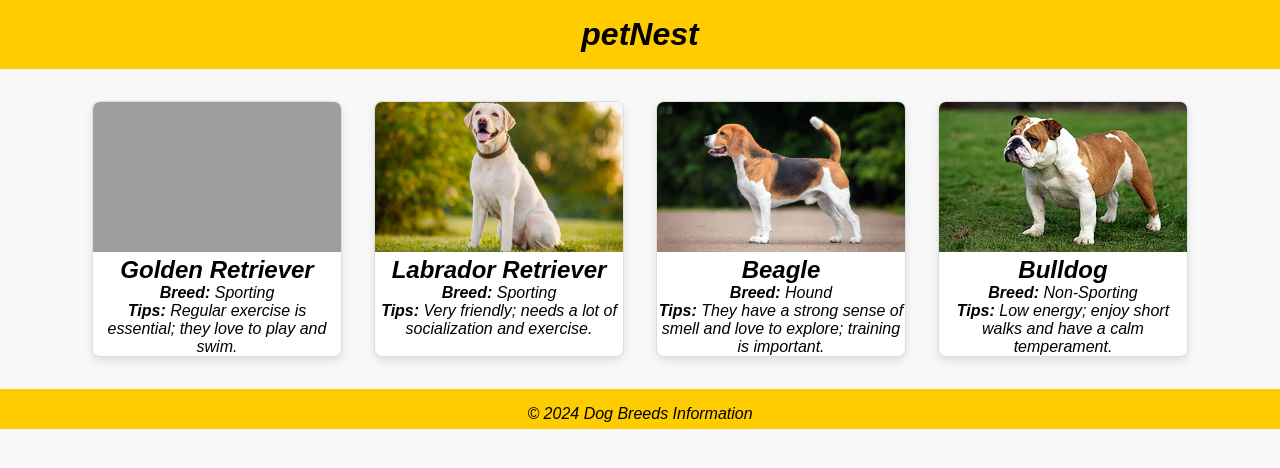
Repository: SHAHZADcodr/pet_care
Page: pages/dog.html
These files come from the project's save history. The page is drawn as it stood at one moment and after the next save; the edit follows.
The browser window is 1280 px wide. The pictures show the whole page.
Pictures or frames that could not be fetched are drawn as grey boxes.

Above is the page before, as saved 2024-11-04 22:20:22.

After the next save:
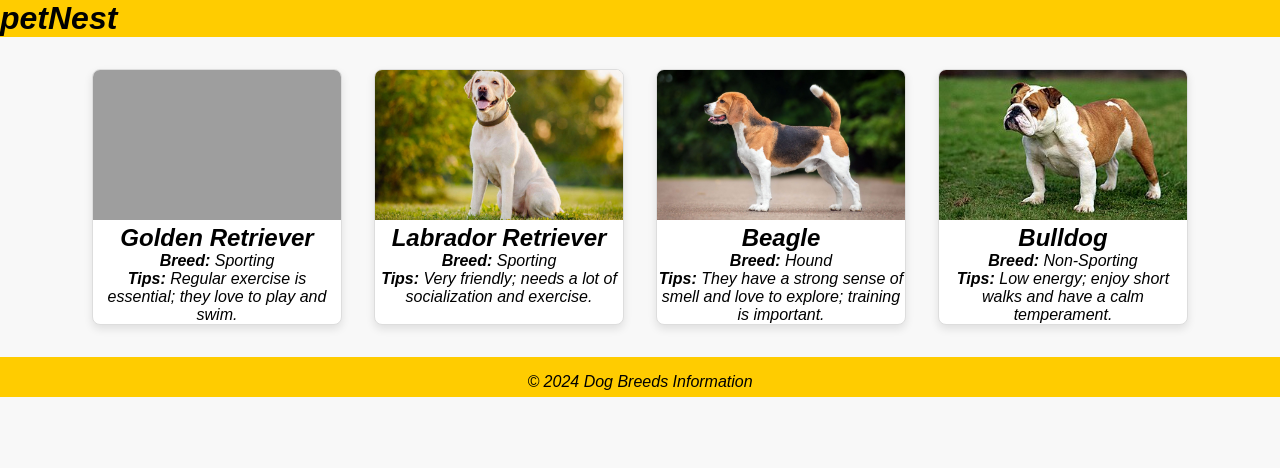
Saved 24 s later.
--- a/pages/dog.css
+++ b/pages/dog.css
@@ -16,8 +16,8 @@
 
 header {
     background-color: #ffcc00;
-    padding: 1rem;
-    text-align: center;
+
+
 }
 
 .dog-breeds {
